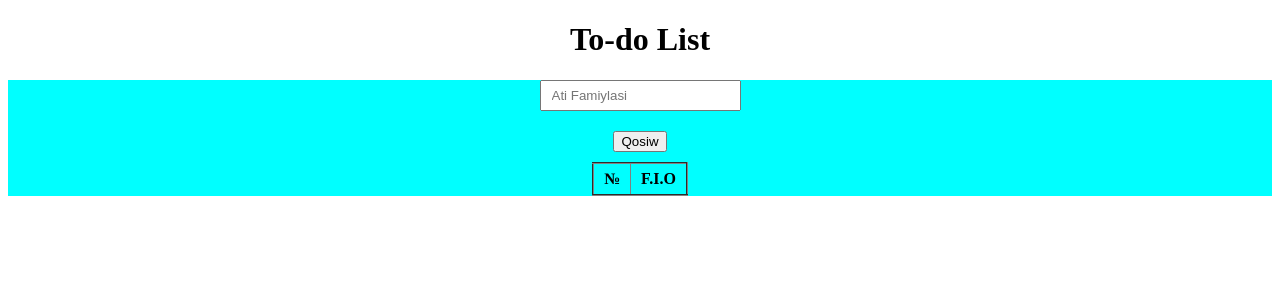
Repository: atamuratov777/my-to-do-list
Page: index.html
These files come from the project's save history. The page is drawn as it stood at one moment and after the next save; the edit follows.
The browser window is 1280 px wide. The pictures show the whole page.

Above is the page before, as saved 2026-06-18 13:57:50.

### index.html
<!DOCTYPE html>
<html lang="en">
<head>
    <meta charset="UTF-8">
    <meta name="viewport" content="width=device-width, initial-scale=1.0">
    <title>Document</title>
    <link rel="stylesheet" href="./style.css">
</head>
<body>
    <h1>To-do List</h1>
    <div class="card">
    <div class="forms">
        <input type="text" placeholder="Ati Famiylasi" onchange="namech(event)">
        <button>Qosiw</button>
    </div>
    <table border="2">
        <thead>
            <th>№</th>
            <th>F.I.O</th>
        </thead>
        <tbody id="tbody">
        </tbody>
    </table>
    </div>
    <script src="./script.js"></script>
</body>
</html>

### style.css
#ads{
    width: 200px;
    height: 200px;
    background-color: aqua;
}
.card{
    background-color: aqua;
    width: 100%;
    height: 100%;
}
h1{
    text-align: center;
}

.forms{
    display: flex;
    align-items: center;
    justify-content: center;
    flex-direction: column;
    gap: 20px;
}

input{
    padding: 6px 10px;
}

table{
    margin: 10px auto;
    border-collapse: collapse;
}
th{
    padding: 6px 10px;
}
.trash{
    cursor: pointer;
    transition: 0.5s;

}
.trash:hover{transform: rotate(360deg);}

### script.js
let person=[]
const tbody=document.getElementById("tbody")

function namech(event){
    tbody.innerHTML=""
    person.push({
        id:12,
        name:event.target.value
    })
    person.forEach((person,index)=>{
        tbody.innerHTML+=`<tr>
        <th>${index+1}</th>
        <th>${person.name}<th>
        <th onClick={clicktrash(${index+1})} class="trash">🗑</th>
        </tr>`
    })
}

console.log("Usi ekran")

function clicktrash(basil) {
    tbody.innerHTML=""
    person.splice(basil-1,1)
    console.log(person)
    person.forEach((person,index)=>{
        tbody.innerHTML+=`<tr>
        <th>${index+1}</th>
        <th>${person.name}<th>
        <th onClick={clicktrash(${index+1})} class="trash">🗑</th>
        </tr>`
    })
}

After the next save:
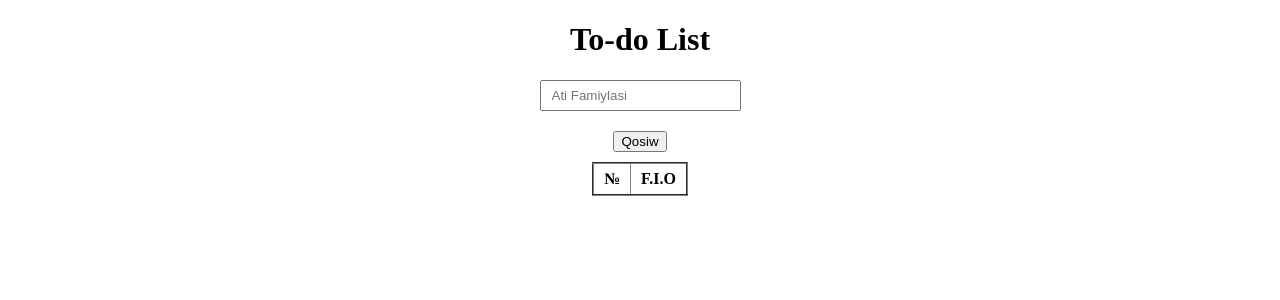
Saved 31 s later.
--- a/style.css
+++ b/style.css
@@ -3,11 +3,7 @@
     height: 200px;
     background-color: aqua;
 }
-.card{
-    background-color: aqua;
-    width: 100%;
-    height: 100%;
-}
+
 h1{
     text-align: center;
 }

After the 3 saves that followed:
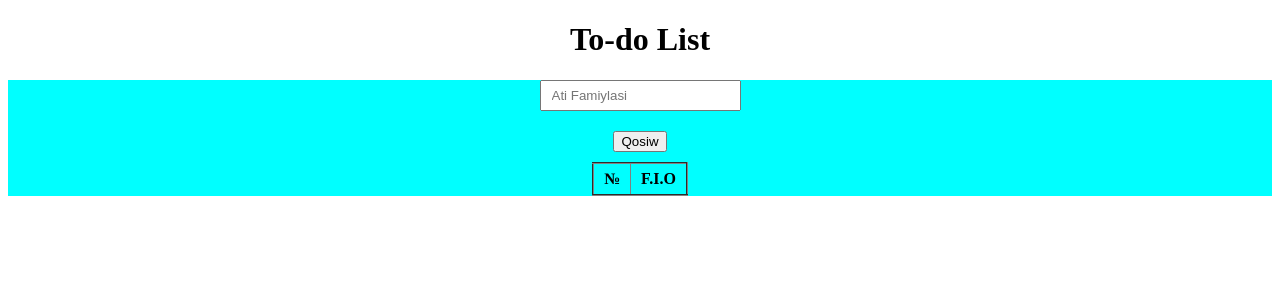
The 3 saves are shown as one change because 1 left the picture as it was and some came seconds apart.
The last was saved 7 min 17 s later.
--- a/style.css
+++ b/style.css
@@ -3,7 +3,11 @@
     height: 200px;
     background-color: aqua;
 }
-
+.card{
+    background-color: aqua;
+    width: 100%;
+    height: 100%;
+}
 h1{
     text-align: center;
 }
